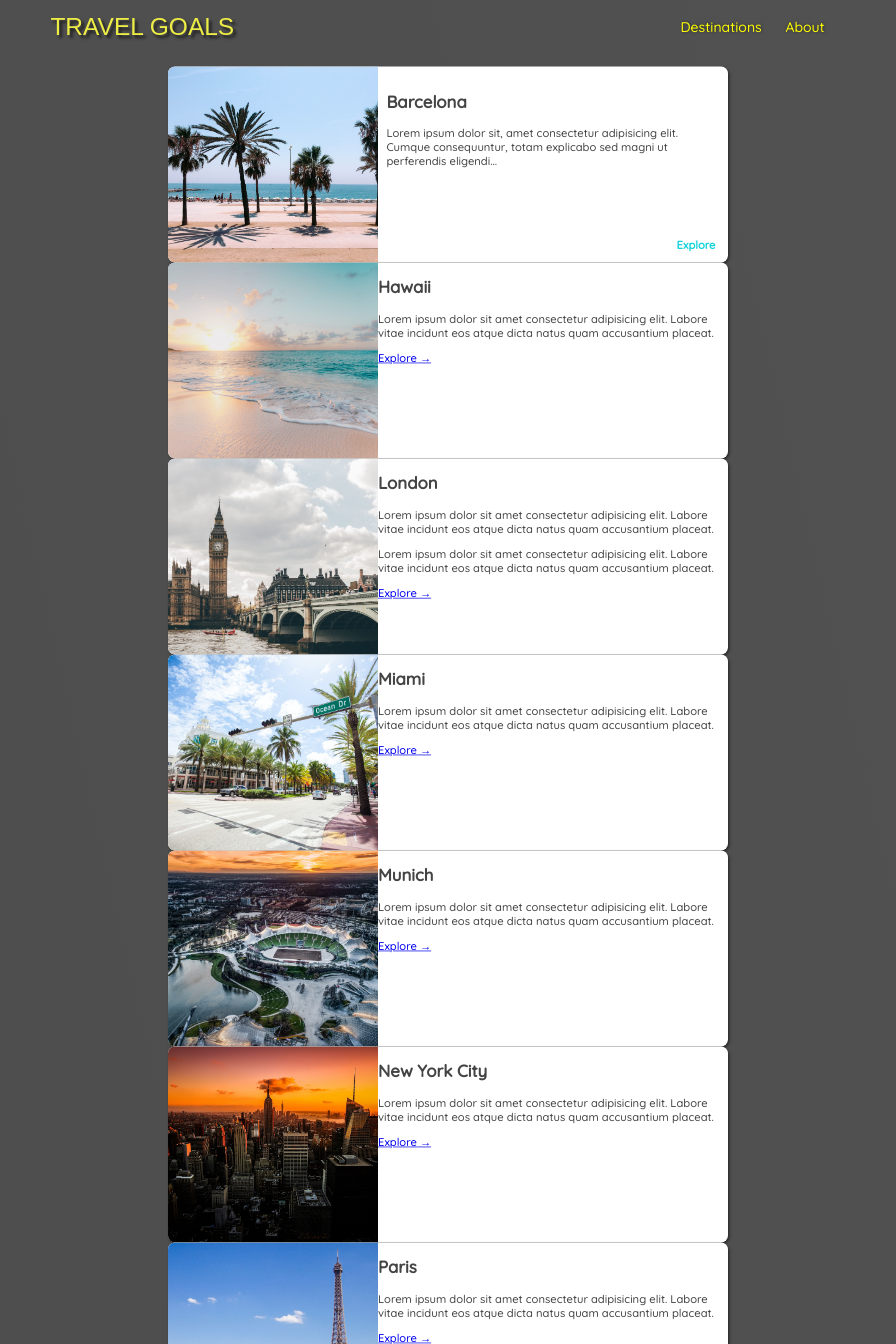
Repository: MicTomm/Travel-Goals
Page: places.html
These files come from the project's save history. The page is drawn as it stood at one moment and after the next save; the edit follows.
The browser window is 1280 px wide. The pictures show the part of the page from y = 0 to 1920 px (the page is 3045 px tall), at 70% of full size.
Some web fonts or font styles are not loaded; a fallback is used.

Above is the page before, as saved 2023-06-09 10:21:01.

### places.html
<!DOCTYPE html>
<html lang="it">

<head>
    <meta charset="UTF-8">
    <title>Travel Goals</title>
    <link rel="stylesheet"
        href="https://fonts.googleapis.com/css2?family=Raleway:wght@700&family=Oleo+Script:wght@700&family=Quicksand:wght@300;500&display=swap">
    <link href="/styles/shared.css" rel="stylesheet">
    <link href="/styles/places.css" rel="stylesheet">
</head>

<body>
    <header>
        <div id="logo">
            <a href="/index.html">Travel Goals</a>
        </div>
        <nav>
            <ul>
                <li><a href="/places.html">Destinations</a></li>
                <li><a href="">About</a></li>
            </ul>
        </nav>
    </header>
    <main>
        <ul>
            <li>
                <img src="images/places/barcelona.jpg" alt="Barcelona">
                <div class="card-content">
                    <div>
                        <h2>Barcelona</h2>
                        <p>
                            Lorem ipsum dolor sit, amet consectetur adipisicing elit. Cumque consequuntur, totam
                            explicabo sed magni ut perferendis eligendi...
                        </p>
                    </div>
                    <div class="card-link">
                        <a href="https://en.wikipedia.org/wiki/Barcelona">Explore</a>
                    </div>
                </div>
            </li>
            <li>
                <img src="images/places/hawaii.jpg" alt="Hawaii beach" />
                <div class="item-content">
                    <div>
                        <h2>Hawaii</h2>
                        <p>
                            Lorem ipsum dolor sit amet consectetur adipisicing elit. Labore
                            vitae incidunt eos atque dicta natus quam accusantium placeat.
                        </p>
                    </div>
                    <div class="actions">
                        <a href="https://en.wikipedia.org/wiki/Hawaii">Explore &#x2192</a>
                    </div>
                </div>
            </li>
            <li>
                <img src="images/places/london.jpg" alt="London city" />
                <div class="item-content">
                    <div>
                        <h2>London</h2>
                        <p>
                            Lorem ipsum dolor sit amet consectetur adipisicing elit. Labore
                            vitae incidunt eos atque dicta natus quam accusantium placeat.
                        </p>
                        <p>
                            Lorem ipsum dolor sit amet consectetur adipisicing elit. Labore
                            vitae incidunt eos atque dicta natus quam accusantium placeat.
                        </p>
                    </div>
                    <div class="actions">
                        <a href="https://en.wikipedia.org/wiki/London">Explore &#x2192</a>
                    </div>
                </div>
            </li>
            <li>
                <img src="images/places/miami.jpg" alt="Miami streets" />
                <div class="item-content">
                    <div>
                        <h2>Miami</h2>
                        <p>
                            Lorem ipsum dolor sit amet consectetur adipisicing elit. Labore
                            vitae incidunt eos atque dicta natus quam accusantium placeat.
                        </p>
                    </div>
                    <div class="actions">
                        <a href="https://en.wikipedia.org/wiki/Miami">Explore &#x2192</a>
                    </div>
                </div>
            </li>
            <li>
                <img src="images/places/munich.jpg" alt="Munich football stadium" />
                <div class="item-content">
                    <div>
                        <h2>Munich</h2>
                        <p>
                            Lorem ipsum dolor sit amet consectetur adipisicing elit. Labore
                            vitae incidunt eos atque dicta natus quam accusantium placeat.
                        </p>
                    </div>
                    <div class="actions">
                        <a href="https://en.wikipedia.org/wiki/Munich">Explore &#x2192</a>
                    </div>
                </div>
            </li>
            <li>
                <img src="images/places/new-york-city.jpg" alt="New York City skyline" />
                <div class="item-content">
                    <div>
                        <h2>New York City</h2>
                        <p>
                            Lorem ipsum dolor sit amet consectetur adipisicing elit. Labore
                            vitae incidunt eos atque dicta natus quam accusantium placeat.
                        </p>
                    </div>
                    <div class="actions">
                        <a href="https://en.wikipedia.org/wiki/New_York_City">Explore &#x2192</a>
                    </div>
                </div>
            </li>
            <li>
                <img src="images/places/paris.jpg" alt="Paris city" />
                <div class="item-content">
                    <div>
                        <h2>Paris</h2>
                        <p>
                            Lorem ipsum dolor sit amet consectetur adipisicing elit. Labore
                            vitae incidunt eos atque dicta natus quam accusantium placeat.
                        </p>
                    </div>
                    <div class="actions">
                        <a href="https://en.wikipedia.org/wiki/Paris">Explore &#x2192</a>
                    </div>
                </div>
            </li>
            <li>
                <img src="images/places/sydney.jpg" alt="Sydney beach" />
                <div class="item-content">
                    <div>
                        <h2>Sydney</h2>
                        <p>
                            Lorem ipsum dolor sit amet consectetur adipisicing elit. Labore
                            vitae incidunt eos atque dicta natus quam accusantium placeat.
                        </p>
                    </div>
                    <div class="actions">
                        <a href="https://en.wikipedia.org/wiki/Sydney">Explore &#x2192</a>
                    </div>
                </div>
            </li>
            <li>
                <img src="images/places/tokyo.jpg" alt="Tokyo skyline" />
                <div class="item-content">
                    <div>
                        <h2>Tokyo</h2>
                        <p>
                            Lorem ipsum dolor sit amet consectetur adipisicing elit. Labore
                            vitae incidunt eos atque dicta natus quam accusantium placeat.
                        </p>
                    </div>
                    <div class="actions">
                        <a href="https://en.wikipedia.org/wiki/Tokyo">Explore &#x2192</a>
                    </div>
                </div>
            </li>
            <li>
                <img src="images/places/bali.jpg" alt="Bali beach" />
                <div class="item-content">
                    <div>
                        <h2>Bali</h2>
                        <p>
                            Lorem ipsum dolor sit amet consectetur adipisicing elit. Labore
                            vitae incidunt eos atque dicta natus quam accusantium placeat.
                        </p>
                    </div>
                    <div class="actions">
                        <a href="https://en.wikipedia.org/wiki/Bali">Explore &#x2192</a>
                    </div>
                </div>
            </li>
        </ul>
    </main>
    <footer>
        <ul>
            <li>
                <a href="https://www.facebook.com/" title="facebook">
                    <img src="/images/icons/facebook.png" alt="facebook-icon">
                </a>
            </li>
            <li>
                <a href="https://www.instagram.com/" title="instagram">
                    <img src="/images/icons/insta.png" alt="instagram-icon">
                </a>
            </li>
    </footer>
</body>

</html>

### styles/shared.css
body {
    margin: 0px;
    font-family: 'Quicksand', sans-serif;
}

ul {
    list-style: none;
    padding: 0px;
    margin: 0px;
}

header {
    display: flex;
    justify-content: space-between;
    align-items: center;
    padding: 15px 60px;
    position: absolute;
    width: 100%;
    top: 0;
    left: 0;
    box-sizing: border-box;
}

header ul {
    margin: 10px;
    display: flex;
    justify-content: space-between;
    width: 250px;
}

header li {
    width: 100px;
}

header a {
    color: yellow;
    text-decoration: none;
    font-size: 20px;
    padding: 12px;
    text-shadow: 1px 1px 4px rgba(0, 0, 0, 0.5);
}

header a:hover {
    background-color: yellow;
    box-shadow: 2px 2px 4px rgba(0, 0, 0, 0.5);
    color: rgb(67, 60, 60);
    text-shadow: 1px 1px 2px rgb(0, 0, 0, 0.5);
    border-radius: 8px;
}

footer{
    background: linear-gradient(70deg, rgb(24, 24, 24), rgb(23, 23, 29));
    padding: 25px;
}

footer ul{
    display: flex;
    justify-content: center;
}

footer li{
    width: 80px;
    height: 80px;
    margin: 0px 10px;
}

footer img{
    width: 100%;
    height: 100%;
}

#logo a {
    font-family: 'Oleo script', sans-serif;
    font-size: 35px;
    text-decoration: none;
    color: rgb(237, 237, 70);
    text-shadow: 4px 4px 4px rgb(31, 29, 29);
    text-transform: uppercase;
}

#logo a:hover {
    background-color: transparent;

}

### styles/places.css
body {
    background: linear-gradient(77deg, rgb(77, 77, 77), rgb(81, 81, 81));
    color: rgb(68, 68, 68);
}

/*
    position: static sovrascrive il comportamento impostato per l'header nel file shared.css, al fine
    di evitare la sovrapposizione delle prime card sull'header
*/
header {
    position: static;
}

main ul {
    width: 800px;
    margin: 20px auto;
}

main li {
    display: flex;
    background-color: white;
    border-radius: 10px;
    overflow: hidden;
    box-shadow: 2px 2px 4px rgba(0, 0, 0, 0.5);
}

main li img {
    height: 280px;
    width: 300px;
    object-fit: cover;
}

.card-content{
    margin: 0px 12px;
    padding: 15px 0px;
    display: flex;
    flex-direction: column;
    justify-content: space-between;

}

.card-link{
    text-align: right;
}

.card-link a{
    text-decoration: none;
    color: rgb(22, 211, 218);
    border-radius: 8px;
    box-shadow: 2px, 2px, 4px, black;
    padding:6px;
    font-weight: 600;
}

.card-link a:hover{
    text-shadow: 1px 1px 2px  rgb(6, 150, 155) ;
    background-color:rgb(227, 251, 251);
}

After the next save:
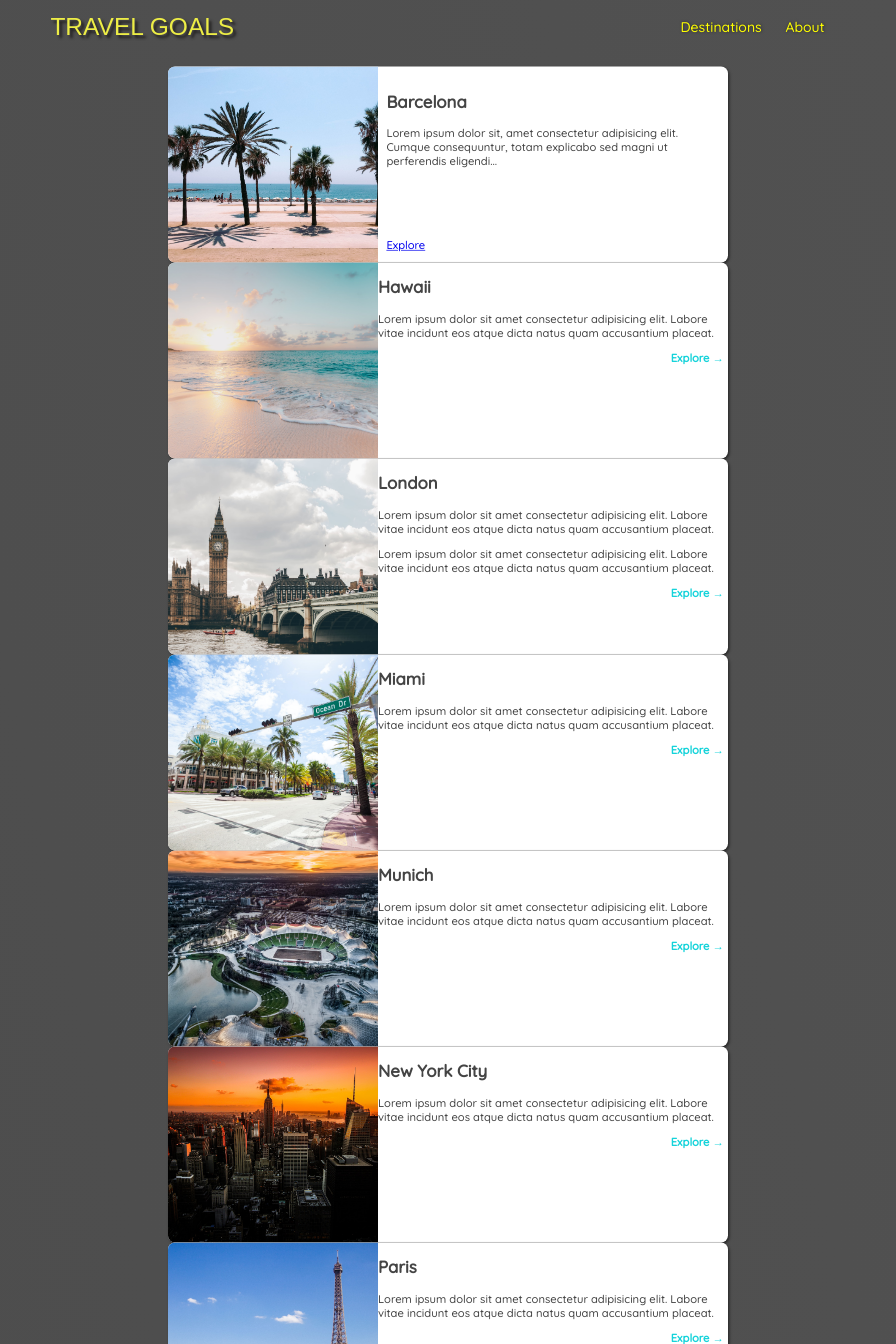
Saved 98 s later.
--- a/styles/places.css
+++ b/styles/places.css
@@ -39,11 +39,12 @@ main li img {
 
 }
 
-.card-link{
+/*card "explore link"*/
+.actions{
     text-align: right;
 }
 
-.card-link a{
+.actions a{
     text-decoration: none;
     color: rgb(22, 211, 218);
     border-radius: 8px;
@@ -52,7 +53,7 @@ main li img {
     font-weight: 600;
 }
 
-.card-link a:hover{
+.actions a:hover{
     text-shadow: 1px 1px 2px  rgb(6, 150, 155) ;
     background-color:rgb(227, 251, 251);
 }
